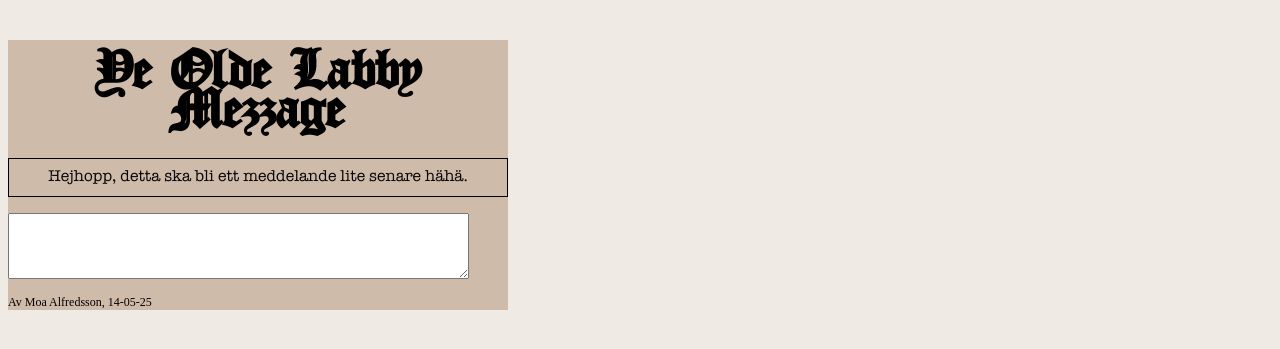
Repository: ma223md/1dv403-laborationer
Page: 2-labbymezzage/index.html
The author's editor kept a record of every edit. The page is drawn from the files as they stood at one moment, then again after the next edit.
The browser window is 1280 px wide. The pictures show the whole page.

Above is the page before.

### 2-labbymezzage/index.html
<!DOCTYPE html>
<html>
    <head>
        <meta charset="UTF-8" />
        <link rel="stylesheet" href="labbymezzagestyle.css" />
        <script src="js/motor.js"></script>
        <script src="js/message.js"></script>
        <title>Labby Mezzage</title>
    </head>
    <body>
        <div id="container">
            <header>
                <h1>Ye Olde Labby Mezzage</h1>
            </header>

            <main>
                <p>Hejhopp, detta ska bli ett meddelande lite senare hähä.</p>
                <textarea rows="4" cols="55"></textarea>
            </main>

            <footer>
                <p>Av Moa Alfredsson, 14-05-25</p>
            </footer>
        </div>
    </body>
</html>

### 2-labbymezzage/labbymezzagestyle.css
@font-face {
    font-family: headline;
    src: url(../2-labbymezzage/fonts/OldLondon.ttf);
}

@font-face {
    font-family: article;
    src: url(fonts/linowrite.ttf);
}

body
{
    background-color: #efebe4;
}

h1 {
    text-align: center;
}

#container {
    width: 500px;
    background-color: #cfbbaa;
}

main p {
    font-family: article;
    text-align: center;
    padding-top: 10px;
    padding-bottom: 10px;
    border-style: solid;
    border-width: 1px;
}

h1 {
    font-family: headline;
    font-size: 60px;
}

footer {
    font-size: 12px;
}

Loaded but not shown: 2-labbymezzage/js/message.js (no copy from this time; the picture is the same without it); 2-labbymezzage/js/motor.js (no stored copy; drawn as an empty file)

After the next edit:
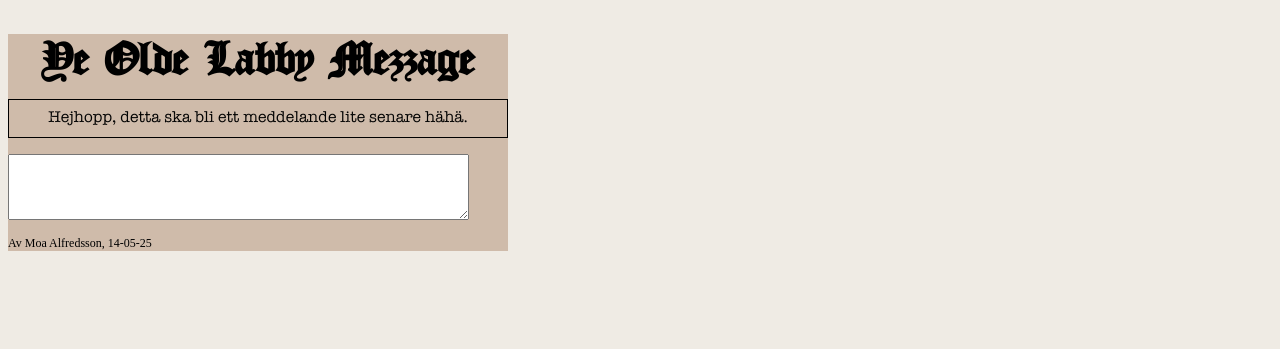
The edit:
--- a/2-labbymezzage/labbymezzagestyle.css
+++ b/2-labbymezzage/labbymezzagestyle.css
@@ -33,7 +33,7 @@
 
 h1 {
     font-family: headline;
-    font-size: 60px;
+    font-size: 50px;
 }
 
 footer {
